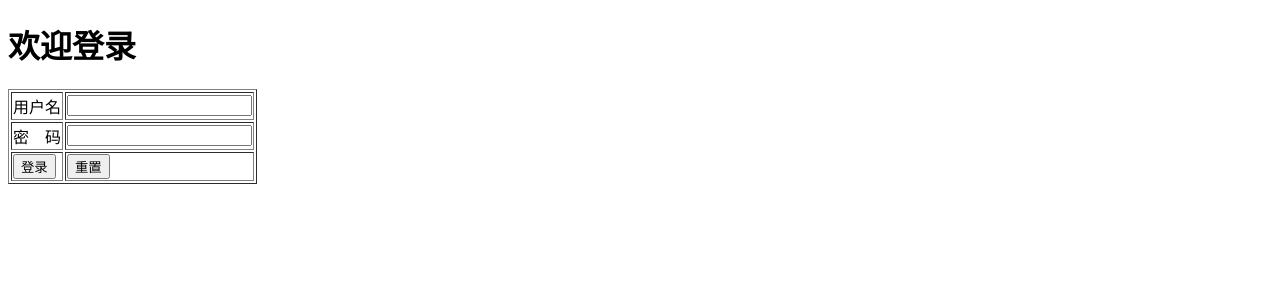
Repository: Elewei/learn-java
Page: http://localhost/shopcart/
An editor plug-in stored every save of this project. The page is shown before and after the next save, followed by the edit.
The browser window is 1280 px wide. The pictures show the whole page.
The page is served by Tomcat 9. Other server files are loaded and not shown.

Above is the page before, as saved 2016-12-02 13:24:39.

### shopcart-system/shopcart/WebContent/index.jsp
<%@ page language="java" contentType="text/html; charset=UTF-8"
    pageEncoding="UTF-8"%>
<!DOCTYPE html PUBLIC "-//W3C//DTD HTML 4.01 Transitional//EN" "http://www.w3.org/TR/html4/loose.dtd">
<html>
<head>
<meta http-equiv="Content-Type" content="text/html; charset=UTF-8">
<title>Insert title here</title>
</head>
<body>
	<jsp:forward page="/WEB-INF/login.jsp"></jsp:forward>
	<jsp:forward page="/WEB-INF/hall.jsp"></jsp:forward>
</body>
</html>

### shopcart-system/shopcart/WebContent/WEB-INF/login.jsp
<%@ page language="java" contentType="text/html; charset=UTF-8"
    pageEncoding="UTF-8"%>
<!DOCTYPE html PUBLIC "-//W3C//DTD HTML 4.01 Transitional//EN" "http://www.w3.org/TR/html4/loose.dtd">
<html>
<head>
<meta http-equiv="Content-Type" content="text/html; charset=UTF-8">
<title>Insert title here</title>
</head>
<body>
	<h1>欢迎登录</h1>
	<form action="" method="">
		<table border="1">
			<tr><td>用户名</td><td><input type="text" name="username" /></td></tr>
			<tr><td>密　码</td><td><input type="text" name="password" /></td></tr>
			<tr><td><input type="submit" value="登录"></td><td><input type="reset" value="重置" /></td></tr>
		</table>
	</form>
</body>
</html>

### shopcart-system/shopcart/WebContent/WEB-INF/hall.jsp
<%@ page language="java" contentType="text/html; charset=UTF-8"
    pageEncoding="UTF-8"%>
<!DOCTYPE html PUBLIC "-//W3C//DTD HTML 4.01 Transitional//EN" "http://www.w3.org/TR/html4/loose.dtd">
<html>
<head>
<meta http-equiv="Content-Type" content="text/html; charset=UTF-8">
<title>Insert title here</title>
</head>
<body>
	<h1>欢迎访问购物大厅</h1>
	<table border="1" >
		<tr><td>书名</td><td>价格</td><td>出版社</td><td>点击购买</td></tr>
		<tr><td>天龙八部</td><td>100</td><td>清华出版社</td><td><a href="">购买</a></td></tr>
		<tr><td>天龙八部</td><td>100</td><td>清华出版社</td><td><a href="">购买</a></td></tr>
		<tr><td>天龙八部</td><td>100</td><td>清华出版社</td><td><a href="">购买</a></td></tr>
		<tr><td>天龙八部</td><td>100</td><td>清华出版社</td><td><a href="">购买</a></td></tr>
		<tr><td colspan="4"><inpput type="button" value="购物车"></td></tr>
	</table>
</body>
</html>

After the next save:
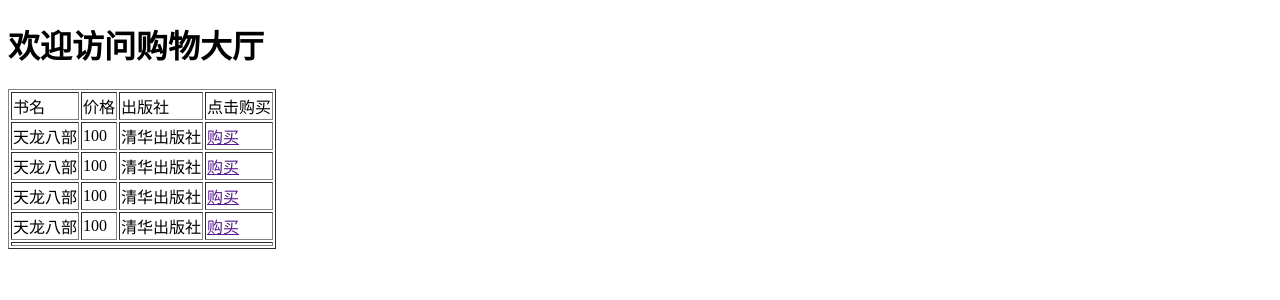
Saved 36 s later.
--- a/shopcart-system/shopcart/WebContent/index.jsp
+++ b/shopcart-system/shopcart/WebContent/index.jsp
@@ -7,7 +7,7 @@
 <title>Insert title here</title>
 </head>
 <body>
-	<jsp:forward page="/WEB-INF/login.jsp"></jsp:forward>
 	<jsp:forward page="/WEB-INF/hall.jsp"></jsp:forward>
+
 </body>
 </html>
